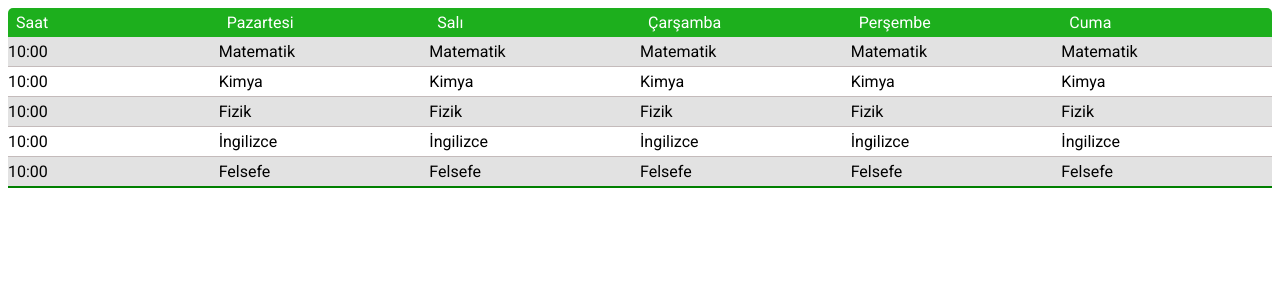
Repository: ahmetbugraozcan/css-ders-programi
Page: deneme.html
An editor plug-in stored every save of this project. The page is shown before and after the next save, followed by the edit.
The browser window is 1280 px wide. The pictures show the whole page.

Above is the page before, as saved 2021-07-10 10:04:34.

### deneme.html
<!DOCTYPE html>
<html lang="en">

<head>
    <link href='http://fonts.googleapis.com/css?family=Roboto' rel='stylesheet' type='text/css'>

    <meta charset="UTF-8">
    <meta http-equiv="X-UA-Compatible" content="IE=edge">
    <meta name="viewport" content="width=device-width, initial-scale=1.0">
    <title>Document</title>
</head>
<style>

body {
          font-family: 'Roboto', sans-serif;

        }
    header > div {
        padding: 5px 0px 5px 8px;
    }
    header {
        background-color: rgb(29, 175, 29);
        color: white;
        border-radius: 5px 5px 0 0;

    }

    header,
    .row {
        display: flex;
        /* aligns all child elements (flex items) in a row */
    }

    .col :nth-of-type(odd){
        background-color:rgb(226, 226, 226) ;
    }
    .col :last-child {
        border-bottom: 2px solid green;
    }

    .col > div {
        border-bottom: 1px solid rgb(196, 187, 187);
        padding: 5px 0px 5px 0;

    }


    .col {
        flex: 1;
        /* distributes space on the line equally among items */
    }
</style>

<body>

    <header>
        <div class="col">Saat</div>
        <div class="col">Pazartesi</div>
        <div class="col">Salı</div>
        <div class="col">Çarşamba</div>
        <div class="col">Perşembe</div>
        <div class="col">Cuma</div>
    </header>
    <div class="row">
        <div class="col"><div>10:00</div><div>10:00</div>
            <div>10:00</div>
            <div>10:00</div>
            <div>10:00</div>
        </div>
        <div class="col">
            <div>Matematik</div>
            <div>Kimya</div>
            <div>Fizik</div>
            <div>İngilizce</div>
            <div>Felsefe</div>
        </div>
        <div class="col"><div>Matematik</div><div>Kimya</div>
            <div>Fizik</div>
            <div>İngilizce</div>
            <div>Felsefe</div>
        </div>
        <div class="col"><div>Matematik</div>
            <div>Kimya</div>
            <div>Fizik</div>
            <div>İngilizce</div>
            <div>Felsefe</div>
        </div>
        <div class="col"><div>Matematik</div><div>Kimya</div>
            <div>Fizik</div>
            <div>İngilizce</div>
            <div>Felsefe</div>
        </div>
        <div class="col"><div>Matematik</div>
            <div>Kimya</div>
            <div>Fizik</div>
            <div>İngilizce</div>
            <div>Felsefe</div>
        </div>
    </div>
</body>

</html>

After the next save:
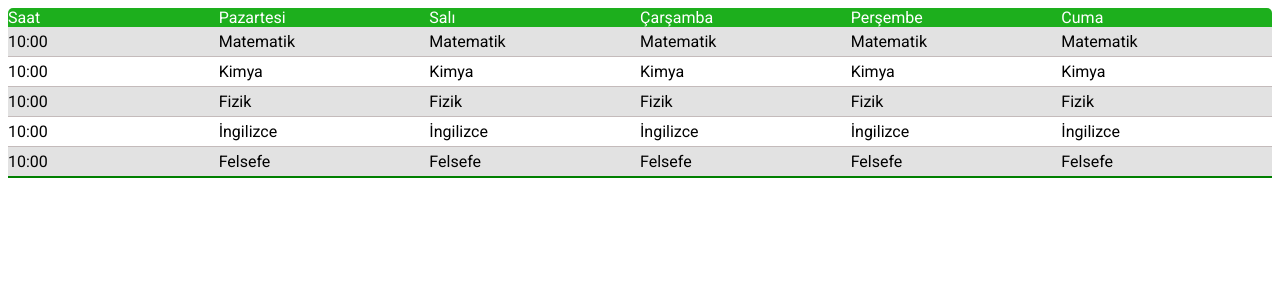
Saved 11 s later.
--- a/deneme.html
+++ b/deneme.html
@@ -16,7 +16,7 @@ body {
 
         }
     header > div {
-        padding: 5px 0px 5px 8px;
+
     }
     header {
         background-color: rgb(29, 175, 29);
